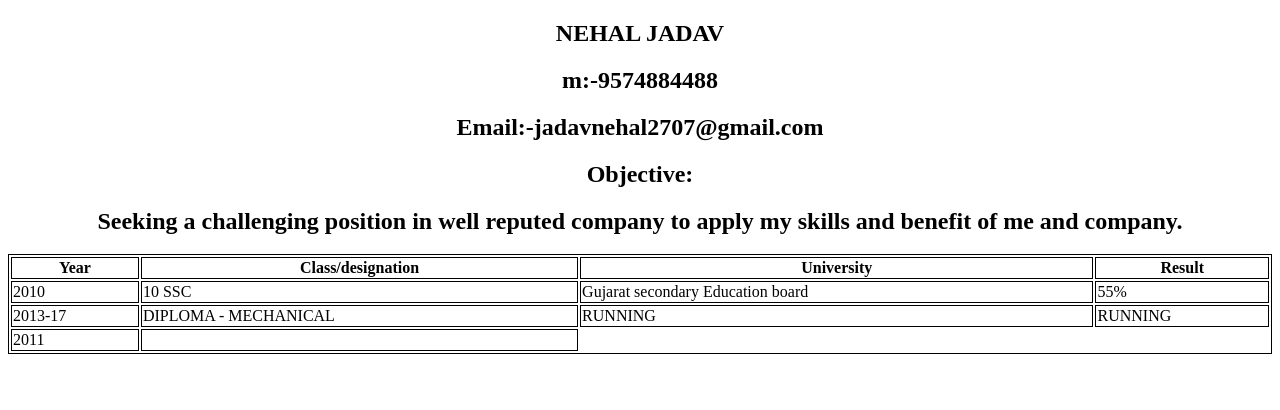
Repository: pratixa-chauhan/practice
Page: resume.html
An editor plug-in stored every save of this project. The page is shown before and after the next save, followed by the edit.
The browser window is 1280 px wide. The pictures show the whole page.

Above is the page before, as saved 2021-12-21 01:21:07.

After the next save:
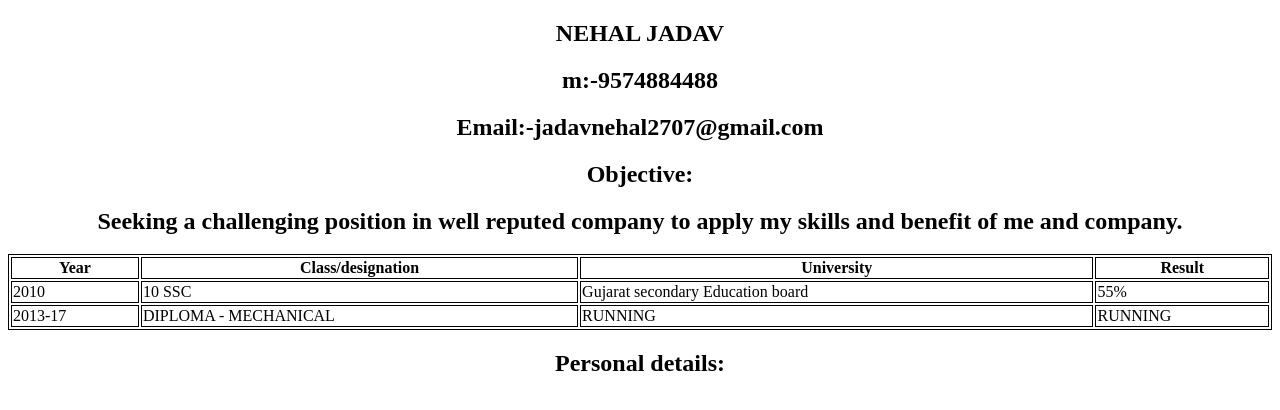
Saved 2 min 22 s later.
--- a/resume.html
+++ b/resume.html
@@ -56,11 +56,11 @@
             <td>RUNNING</td>
             <td>RUNNING</td>
           </tr>
-          <tr>
-              <td>2011</td>
-              <td></td>
-          </tr>
+
         </table>
+        <h2>Personal details:
+        </h2>
+
 
 
 
